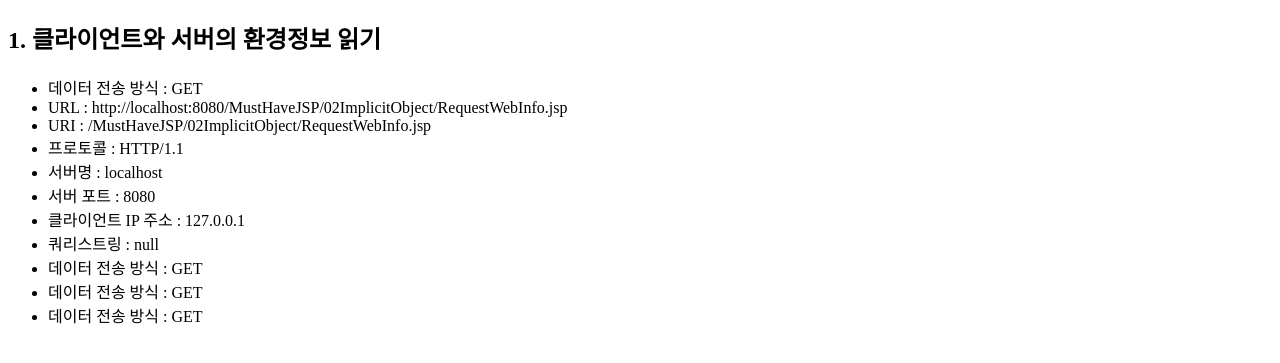
Repository: iamstudybox00/JSP_Servlet
Page: http://localhost/MustHaveJSP/02ImplicitObject/RequestWebInfo.jsp
These files come from the project's save history. The page is drawn as it stood at one moment and after the next save; the edit follows.
The browser window is 1280 px wide. The pictures show the whole page.
The page is served by Tomcat 10.

Above is the page before, as saved 2025-05-02 06:01:04.

After the next save:
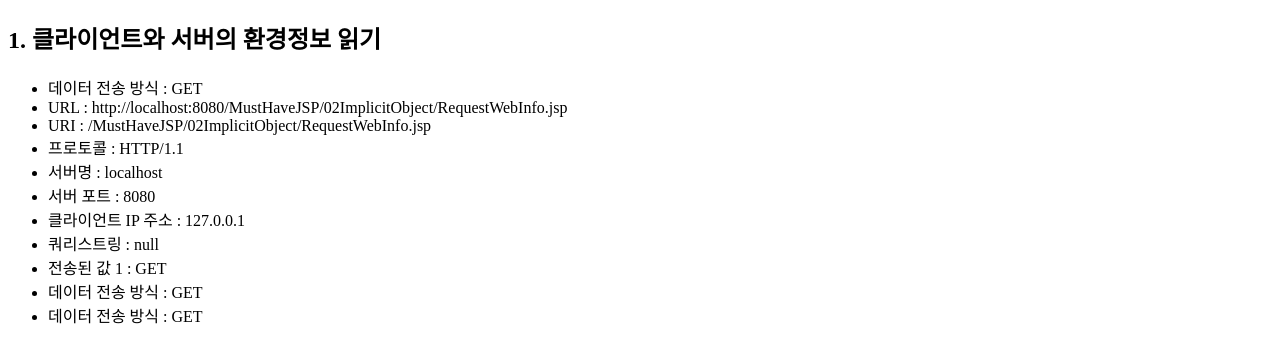
Saved 8 s later.
--- a/MustHaveJSP/src/main/webapp/02ImplicitObject/RequestWebInfo.jsp
+++ b/MustHaveJSP/src/main/webapp/02ImplicitObject/RequestWebInfo.jsp
@@ -16,7 +16,7 @@
 			<li>서버 포트 : <%= request.getServerPort() %></li>
 			<li>클라이언트 IP 주소 : <%= request.getRemoteAddr() %></li>
 			<li>쿼리스트링 : <%= request.getQueryString() %></li>
-			<li>데이터 전송 방식 : <%= request.getMethod() %></li>
+			<li>전송된 값 1 : <%= request.getMethod() %></li>
 			<li>데이터 전송 방식 : <%= request.getMethod() %></li>
 			<li>데이터 전송 방식 : <%= request.getMethod() %></li>
 		</ul>
